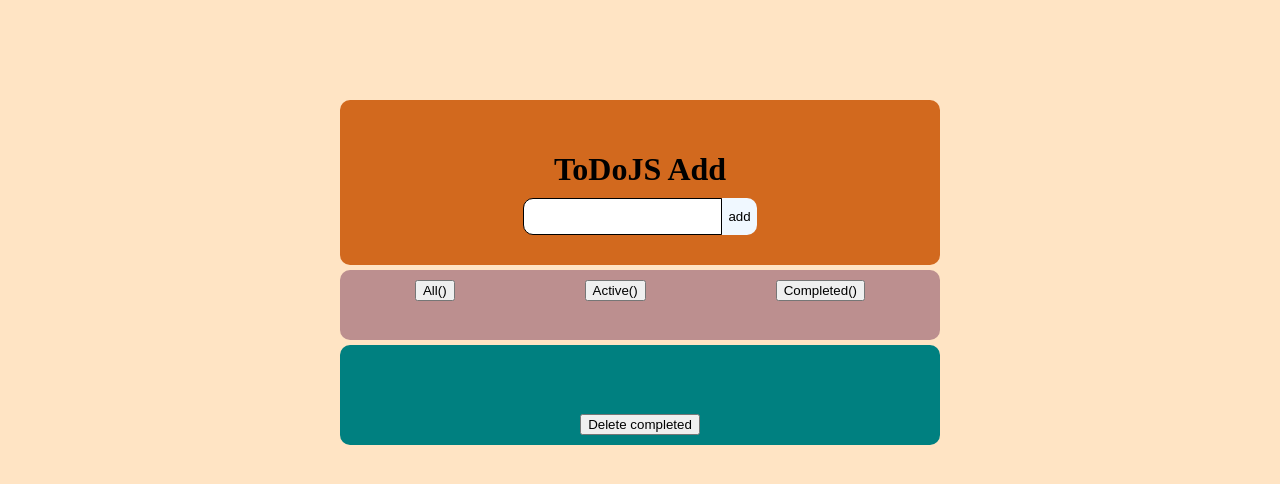
Repository: Savich01/todoTest
Page: index.html
The author's editor kept a copy of each file at every save. The page is drawn from the files as they stood at one save, then again after the next save.
The browser window is 1280 px wide. The pictures show the whole page.

Above is the page before, as saved 2024-05-06 14:02:11.

### index.html
<!DOCTYPE html>
<html lang="en">
<head>
    <meta charset="UTF-8">
    <meta name="viewport" content="width=device-width, initial-scale=1.0">
    <link rel="stylesheet" href="css/style.css">
    <title>ToDO</title>
</head>
<body>
    <header class="header">
        <div class="header-block">
            <div class="header-block__sub">
                <h1 class="title">ToDoJS Add</h1>
                <form class="personal" action="#">
                    <input class="personal-input" type="text">
                    <button class="personal-btn">add</button>
                </form>
            </div>
        </div>
    </header>
     <main class="main">
        <div class="main-block">

            <!-- <div class="main-container">
                <ul class="main-container--list">
                    <li class="main-container--list-link">
                        <input class="main-checked" type="checkbox">
                        <span class="main-text">lorem</span>
                    </li>
                    <button class="main--list-btn">
                        х
                    </button>
               </ul>
            </div> -->




            <div class="main-button">
                 <button class="main-btn1">All()</button>
                 <button class="main-btn2">Active()</button>
                 <button class="main-btn3">Completed()</button>
            </div>
            </div>
     </main>
     <footer class="footer">
        <div class="footer-block">
            <div class="footer-btn">
                <button class="btn">Delete completed</button>
            </div>
        </div>
     </footer>
        <script src="js/script.js"></script>
</body>
</html>

### css/style.css
ul,li {
    text-decoration: none;
    list-style: none;
}


/*------------HEADER-------------------------------------*/

body {
    max-width: 100%;
    background: #FFE4C4;
}
.header {
    margin-top: 100px;
    margin-bottom: 5px;
}
.header-block {
    max-width: 600px;
    margin: 0 auto;
    background: #D2691E;
    border-radius: 10px;
}
 .header-block__sub {
    display: flex;
    flex-direction: column;
    justify-content: center;
    align-items: center;
    padding: 30px 0px;
 }

 .title {
    margin-bottom: 10px;
 }

 .personal {
    display: flex;
    justify-content: center;
 }

 .personal-input{
    padding: 10px;
    border: 1px solid #000;
    border-radius: 10px 0px 0px 10px;
 }
.personal-btn {
    border: none;
    background-color: aliceblue;
    border-radius: 0px 10px 10px 0px;
    cursor: pointer;
}
/*------------------MAIN-------------------------------------*/

.main-block {
   max-width: 600px;
   margin: 0 auto;
   background: #BC8F8F;
   min-height: 70px;
   border-radius: 10px;
   display:flex;
   flex-direction: column;
   justify-content: space-between;
   margin-bottom: 5px;
}

.main-block--list{
    display: flex;
    align-items: center;
    justify-content: center;
    padding-right: 47px;
}

.main-block--list-link{
    display: flex;
    align-items: center;
}

.main-block--text{
    margin-left: 10px;
}

.checkbox-active{
    width: 20px;
    height: 17px;
}

.main-block--text{
    transform: translateY(1px);
}

.main-list{
  padding: 0px 30px;
}
.main-list--link{
  display: flex;
  align-items: center;
  justify-content: space-between;
  margin-bottom: 15px;
  padding: 10px;
  background-color: #FFE4C4;
}



























.main-button {
    padding: 10px;
    display: flex;
    align-items: flex-end;
    justify-content: space-around
}

/* .main-container {
    background: rgba(183, 231, 62, 0.699);
    border-radius: 20px;
    margin: 15px;
    /* display: none; */
/* } */

/* .main-container--list{
    background-color: #20B2AA;
    border-radius: 10px;
    margin: 25px;
    display: flex;
    align-items: center;
    justify-content: space-between;
} */

/* .main-container--list-link {
    padding: 10px;
    display: flex;
    align-items: center;
    justify-content: space-between;
} */
/* .main-checked{
    width: 20px;
    height: 16px;
    cursor: pointer;
} */
/* .main-text{
    display: inline-block;
    margin-left: 15px;
    transform: translateY(1px);
} */
/* .main--list-btn{
    min-width: 20px;
    max-width: 23px;
    background: #FFFFE0;
    align-items: center;
    margin-right: 25px;
    cursor: pointer;
    border: none;
    background: #B22222;
} */
/*--------------*/

/*--------------*/


/*------------------FOOTER--------------------------------------------------*/

.footer-block {
    max-width: 600px;
    margin: 0 auto;
    background: #008080;
    height: 100px;
    border-radius: 10px;
    display: flex;
    align-items: flex-end;
    justify-content: space-around;
}
.footer-btn {
    padding: 10px;
}

Loaded but not shown: js/script.js (no copy from this time; the picture is the same without it)

After the next save:
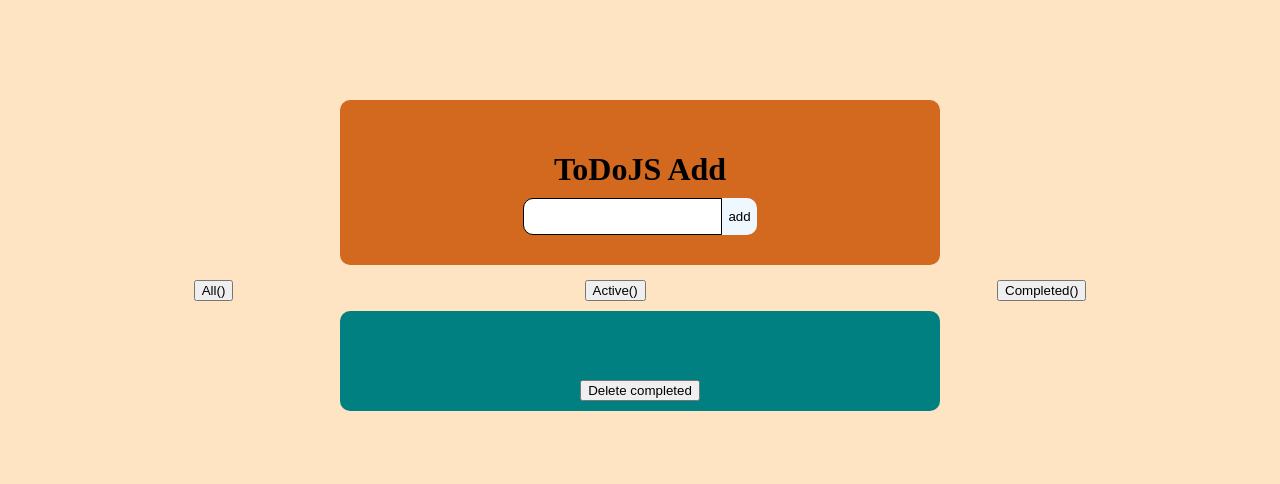
Saved 2 min 15 s later.
--- a/index.html
+++ b/index.html
@@ -19,9 +19,9 @@
         </div>
     </header>
      <main class="main">
-        <div class="main-block">
+        <!-- <div class="main-block">
 
-            <!-- <div class="main-container">
+            <div class="main-container">
                 <ul class="main-container--list">
                     <li class="main-container--list-link">
                         <input class="main-checked" type="checkbox">
